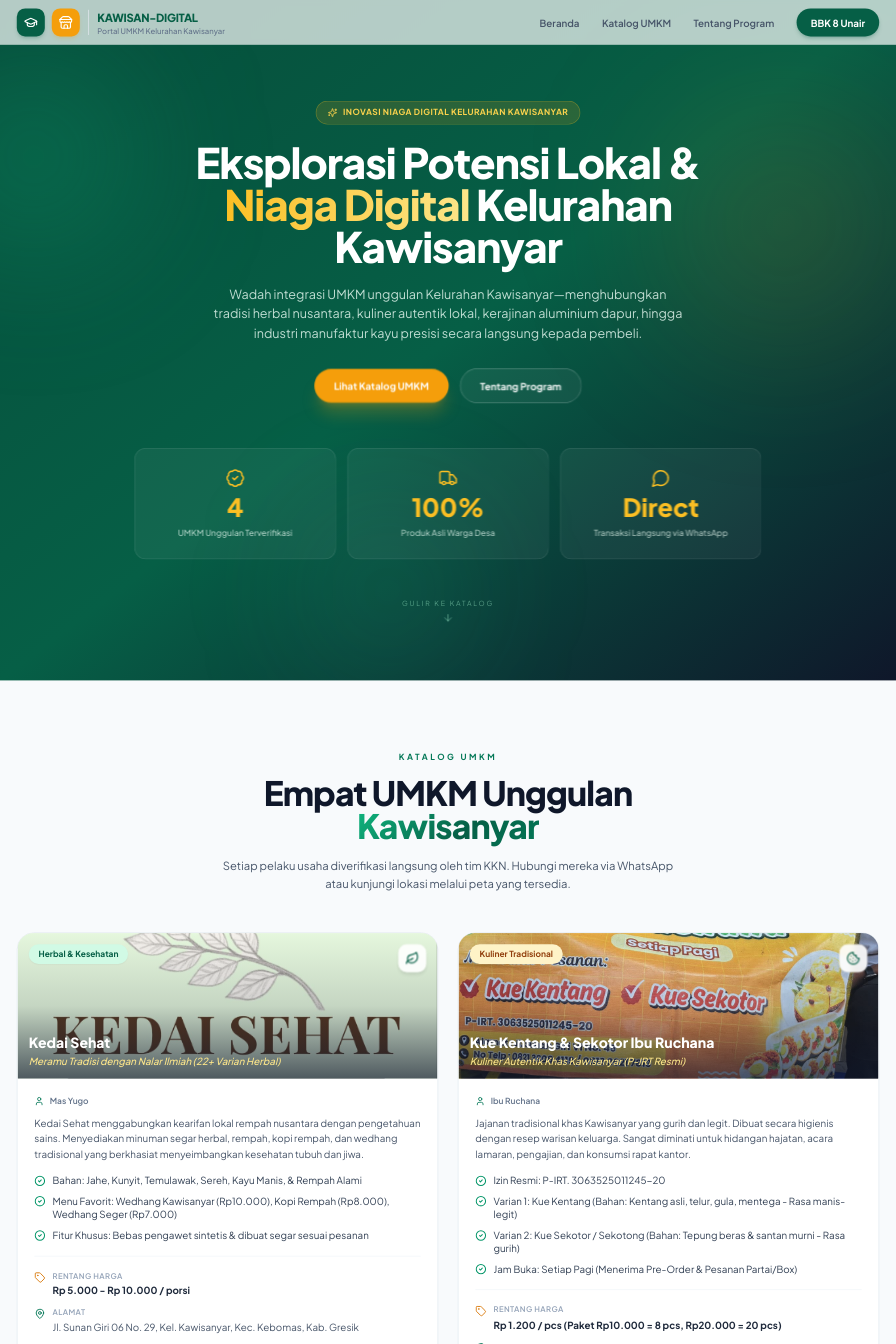
Repository: Anggaaa2006/Kawisan-Digital-
Page: /
An editor plug-in stored every save of this project. The page is shown before and after a run of saves, followed by the edit.
The browser window is 1280 px wide. The pictures show the part of the page from y = 0 to 1920 px (the page is 3971 px tall), at 70% of full size.
The project was rebuilt for these pictures with package versions that can differ from the ones it lists, and the page was loaded fresh each time. Also part of the build but not shown: vite.config.ts, src/components/UmkmDetail.tsx.

Above is the page before, as saved 2026-08-03 16:45:27.

After the next 2 saves:
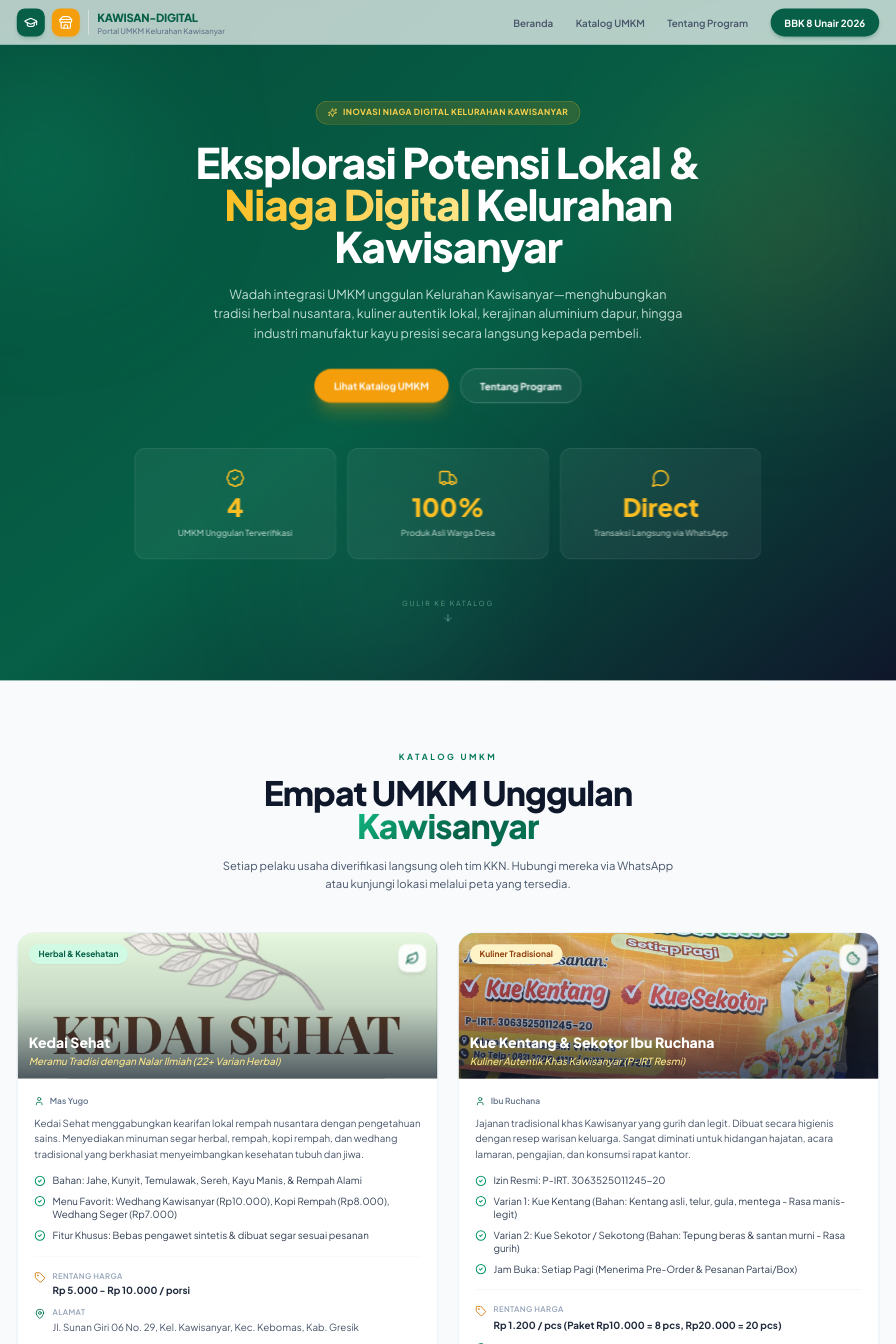
The 2 saves are shown as one change because they came seconds apart.
The last was saved 12 s later.
--- a/src/components/Navbar.tsx
+++ b/src/components/Navbar.tsx
@@ -64,7 +64,7 @@ export default function Navbar() {
             href="#katalog"
             className="rounded-full bg-emerald-800 px-5 py-2.5 text-sm font-bold text-white shadow-md shadow-emerald-800/25 transition-all hover:bg-emerald-900 hover:shadow-lg hover:shadow-emerald-800/30"
           >
-            BBK 8 Unair
+            BBK 8 Unair 2026
           </a>
         </div>
 
